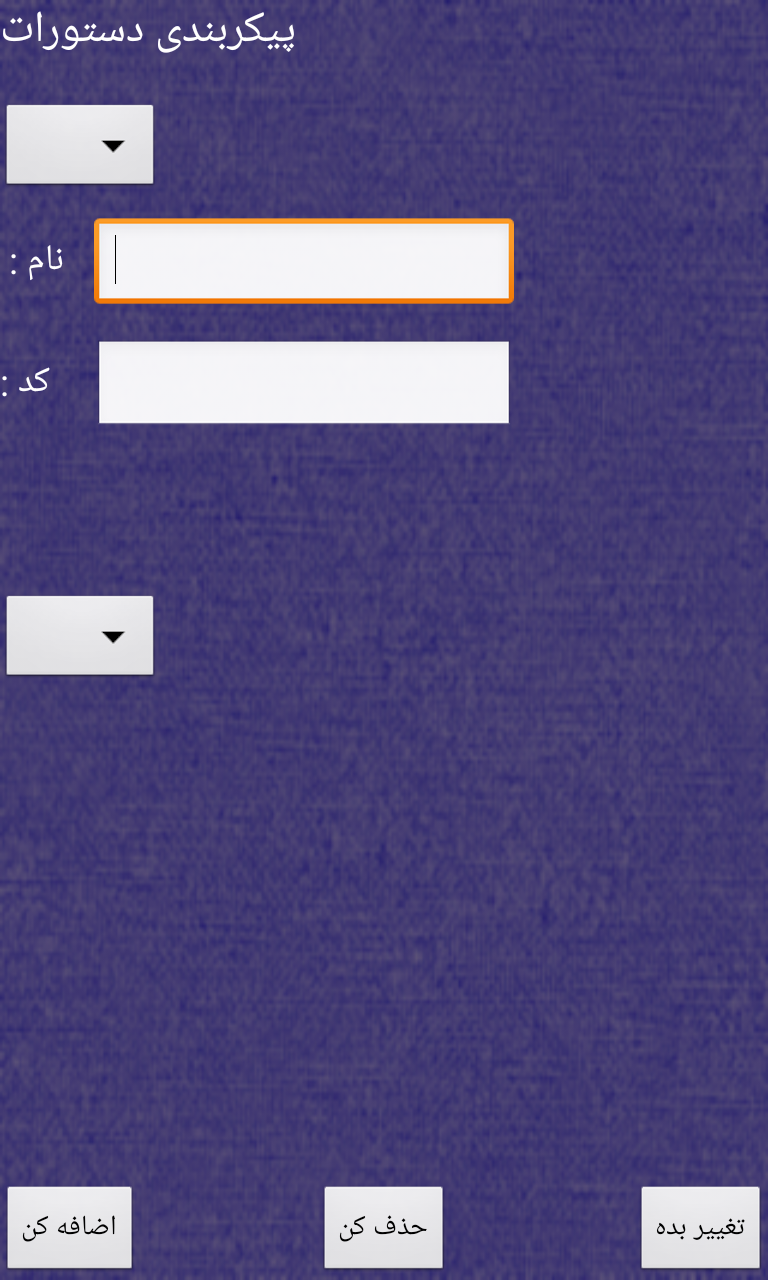
Repository: samanamp/RR-Controller
Layout: RRC app/res/layout/activity_command_setting.xml
These files come from the project's save history. The layout is drawn as it stood at one moment and after the next save; the edit follows.
It is drawn on a 768 x 1280 px phone screen (xhdpi) without system bars, with theme AppTheme; the app's code is not run.

Above is the layout before, as saved 2012-08-13 11:50:34.

After the next save:
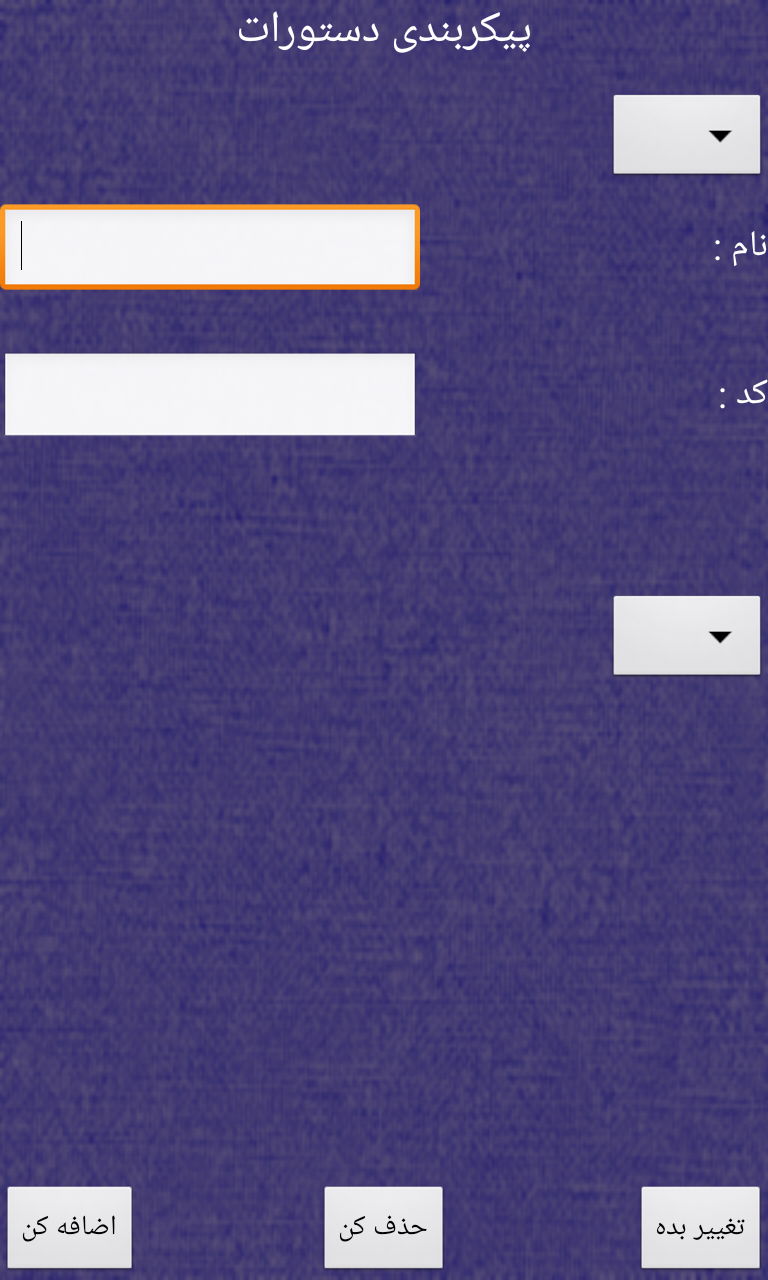
Saved 101 s later.
--- a/RRC app/res/layout/activity_command_setting.xml
+++ b/RRC app/res/layout/activity_command_setting.xml
@@ -5,7 +5,7 @@
     android:layout_height="match_parent"
     android:background="@drawable/bg_menu" >
 
-       <Button
+    <Button
         android:id="@+id/button1"
         android:layout_width="wrap_content"
         android:layout_height="wrap_content"
@@ -23,12 +23,21 @@
         android:onClick="edit"
         android:text="تغییر بده" />
 
+    <Button
+        android:id="@+id/button3"
+        android:layout_width="wrap_content"
+        android:layout_height="wrap_content"
+        android:layout_alignParentBottom="true"
+        android:layout_centerHorizontal="true"
+        android:onClick="del"
+        android:text="حذف کن" />
+
     <TextView
         android:id="@+id/textView1"
         android:layout_width="wrap_content"
         android:layout_height="wrap_content"
-        android:layout_alignParentLeft="true"
         android:layout_alignParentTop="true"
+        android:layout_centerHorizontal="true"
         android:text="پیکربندی دستورات"
         android:textAppearance="?android:attr/textAppearanceLarge"
         android:textColor="#ffffff" />
@@ -37,17 +46,17 @@
         android:id="@+id/spinner1"
         android:layout_width="wrap_content"
         android:layout_height="wrap_content"
-        android:layout_alignParentLeft="true"
+        android:layout_alignParentRight="true"
         android:layout_below="@+id/textView1"
-        android:layout_marginTop="20dp" />
+        android:layout_marginTop="15dp" />
 
     <TextView
         android:id="@+id/textView2"
         android:layout_width="wrap_content"
         android:layout_height="wrap_content"
-        android:layout_alignParentLeft="true"
+        android:layout_alignParentRight="true"
         android:layout_below="@+id/spinner1"
-        android:layout_marginTop="19dp"
+        android:layout_marginTop="17dp"
         android:text="نام : "
         android:textAppearance="?android:attr/textAppearanceMedium"
         android:textColor="#ffffff" />
@@ -58,8 +67,7 @@
         android:layout_height="wrap_content"
         android:layout_alignBaseline="@+id/textView2"
         android:layout_alignBottom="@+id/textView2"
-        android:layout_marginLeft="15dp"
-        android:layout_toRightOf="@+id/textView2"
+        android:layout_alignParentLeft="true"
         android:ems="10" >
 
         <requestFocus />
@@ -69,9 +77,9 @@
         android:id="@+id/textView3"
         android:layout_width="wrap_content"
         android:layout_height="wrap_content"
-        android:layout_alignParentLeft="true"
+        android:layout_alignParentRight="true"
         android:layout_below="@+id/editText1"
-        android:layout_marginTop="22dp"
+        android:layout_marginTop="35dp"
         android:text="کد :"
         android:textAppearance="?android:attr/textAppearanceMedium"
         android:textColor="#ffffff" />
@@ -82,24 +90,15 @@
         android:layout_height="wrap_content"
         android:layout_alignBaseline="@+id/textView3"
         android:layout_alignBottom="@+id/textView3"
-        android:layout_alignLeft="@+id/editText1"
+        android:layout_alignParentLeft="true"
         android:ems="10"
         android:inputType="number" />
-
-    <Button
-        android:id="@+id/button3"
-        android:layout_width="wrap_content"
-        android:layout_height="wrap_content"
-        android:layout_alignParentBottom="true"
-        android:layout_centerHorizontal="true"
-        android:text="حذف کن"
-        android:onClick="del"/>
 
     <Spinner
         android:id="@+id/spinner2"
         android:layout_width="wrap_content"
         android:layout_height="wrap_content"
-        android:layout_alignParentLeft="true"
+        android:layout_alignParentRight="true"
         android:layout_centerVertical="true" />
 
 </RelativeLayout>
